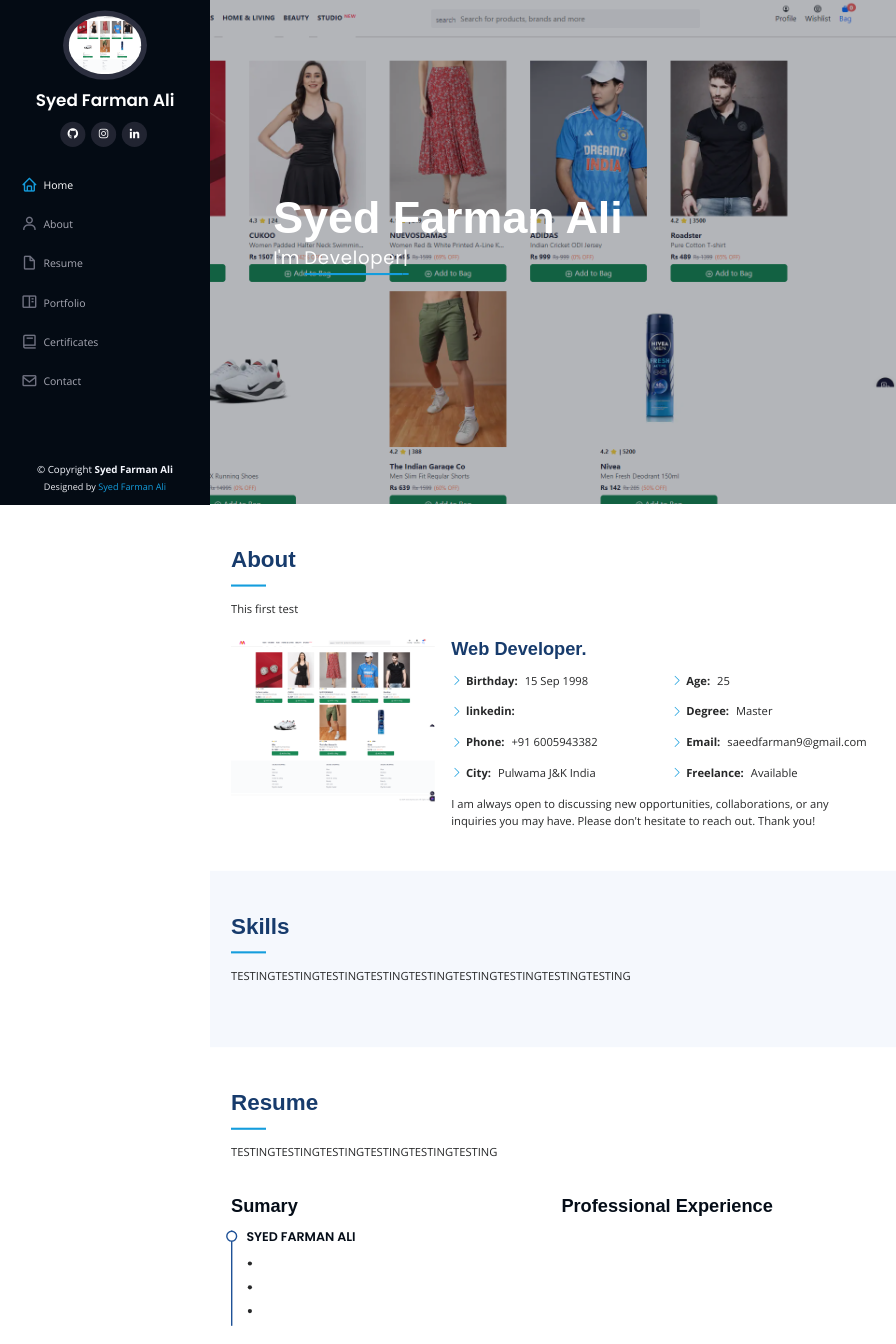
Repository: FARMAN9/portfoilo_django
Page: http://localhost/
An editor plug-in stored every save of this project. The page is shown before and after a run of saves, followed by the edit.
The browser window is 1280 px wide. The pictures show the part of the page from y = 0 to 1920 px (the page is 3536 px tall), at 70% of full size.
Backgrounds fixed to the window are drawn as part of the page. Some web fonts or font styles are not loaded; a fallback is used. The page is served by the project's application, run on Django 4.2 (manage.py). Other server files are loaded and not shown. The page reads the database file committed with the project. Queries for data that is not in the repository find no rows.

Above is the page before, as saved 2024-07-14 17:40:49.

### templates/index.html
{%load static%}
<!DOCTYPE html>
<html lang="en">

<head>
  <meta charset="utf-8">
  <meta content="width=device-width, initial-scale=1.0" name="viewport">

  <title>Syed Farman ali</title>
  <meta content="" name="description">
  <meta content="" name="keywords">

  <!-- Favicons -->
  <link href="{% static 'assets/img/favicon.ico'%}" rel="icon">
  <link href="{% static 'assets/img/apple-touch-icon.png' %}" rel="apple-touch-icon">

  <!-- Google Fonts -->
  <link href="https://fonts.googleapis.com/css?family=Open+Sans:300,300i,400,400i,600,600i,700,700i|Raleway:300,300i,400,400i,500,500i,600,600i,700,700i|Poppins:300,300i,400,400i,500,500i,600,600i,700,700i" rel="stylesheet">

  <!-- Vendor CSS Files -->
  <link href="{% static 'assets/vendor/aos/aos.css' %}" rel="stylesheet">
  <link href="{% static 'assets/vendor/bootstrap/css/bootstrap.min.css'%}" rel="stylesheet">
  <link href="{% static 'assets/vendor/bootstrap-icons/bootstrap-icons.css'%}" rel="stylesheet">
  <link href="{% static 'assets/vendor/boxicons/css/boxicons.min.css'%}" rel="stylesheet">
  <link href="{% static 'assets/vendor/glightbox/css/glightbox.min.css'%}" rel="stylesheet">
  <link href="{% static 'assets/vendor/swiper/swiper-bundle.min.css'%}" rel="stylesheet">

  <!-- Template Main CSS File -->
  <link href="{% static 'assets/css/style.css' %}" rel="stylesheet">

  <!-- =======================================================
  * Template Name: iPortfolio
  * Template URL: https://bootstrapmade.com/iportfolio-bootstrap-portfolio-websites-template/
  * Updated: Mar 17 2024 with Bootstrap v5.3.3
  * Author: BootstrapMade.com
  * License: https://bootstrapmade.com/license/
  ======================================================== -->
</head>

<body>

  <!-- ======= Mobile nav toggle button ======= -->
  <i class="bi bi-list mobile-nav-toggle d-xl-none"></i>

  <!-- ======= Header ======= -->
  <header id="header">
    <div class="d-flex flex-column">

      <div class="profile">
        <img src="{{main.0.profile.url}}" alt="NO IMAGE" class="img-fluid rounded-circle">
        <h1 class="text-light"><a href="/">{{Name}}</a></h1>
        <div class="social-links mt-3 text-center">
          <a href="https://github.com/FARMAN9" class=""><i class="bx bxl-github"></i></a>
          <a href="https://www.instagram.com/syeedfarmanali" class=""><i class="bx bxl-instagram"></i></a>
          <a href="https://www.linkedin.com/in/farman9" class="linkedin"><i class="bx bxl-linkedin"></i></a>
        </div>
      </div>

      <nav id="navbar" class="nav-menu navbar">
        <ul>
          <li><a href="#hero" class="nav-link scrollto active"><i class="bx bx-home"></i> <span>Home</span></a></li>
          <li><a href="#about" class="nav-link scrollto"><i class="bx bx-user"></i> <span>About</span></a></li>
          <li><a href="#resume" class="nav-link scrollto"><i class="bx bx-file-blank"></i> <span>Resume</span></a></li>
          <li><a href="#portfolio" class="nav-link scrollto"><i class="bx bx-book-content"></i> <span>Portfolio</span></a></li>
          <li><a href="#testimonials" class="nav-link scrollto"><i class="bx bx-book"></i> <span>Certificates</span></a></li>
          <li><a href="#contact" class="nav-link scrollto"><i class="bx bx-envelope"></i> <span>Contact</span></a></li>
        </ul>
      </nav><!-- .nav-menu -->
    </div>
  </header><!-- End Header -->

  <!-- ======= Hero Section ======= -->
  <section id="hero" class="d-flex flex-column justify-content-center align-items-center" style="background-image: url('{{main.0.profile.url}}');">
    <div class="hero-container" data-aos="fade-in">
      <h1>{{Name}}</h1>
      <p>I'm <span class="typed" data-typed-items="{{main.0.iam1}},{{main.0.iam2}},{{main.0.iam3}}"></span></p>
    </div>
  </section><!-- End Hero -->

  <main id="main">

    <!-- ======= About Section ======= -->
    <section id="about" class="about">
      <div class="container">

        <div class="section-title">
          <h2>About</h2>
          <p>{{main.0.about}}</p>
        </div>

        <div class="row">
          <div class="col-lg-4" data-aos="fade-right">
            <img src="{{main.0.profile.url}}" class="img-fluid" alt=" NO IMAGE">
          </div>
          <div class="col-lg-8 pt-4 pt-lg-0 content" data-aos="fade-left">
            <h3> Web Developer.</h3>
            <p class="fst-italic">

            </p>
            <div class="row">
              <div class="col-lg-6">
                <ul>
                  <li><i class="bi bi-chevron-right"></i> <strong>Birthday:</strong> <span>15 Sep 1998</span></li>
                  <li><i class="bi bi-chevron-right"></i> <strong>linkedin:</strong> <span>{{link}}</span></li>
                  <li><i class="bi bi-chevron-right"></i> <strong>Phone:</strong> <span>{{Phone}}</span></li>
                  <li><i class="bi bi-chevron-right"></i> <strong>City:</strong> <span>{{address}}</span></li>
                </ul>
              </div>
              <div class="col-lg-6">
                <ul>
                  <li><i class="bi bi-chevron-right"></i> <strong>Age:</strong> <span>{{age}}</span></li>
                  <li><i class="bi bi-chevron-right"></i> <strong>Degree:</strong> <span>Master</span></li>
                  <li><i class="bi bi-chevron-right"></i> <strong>Email:</strong> <span>{{Email}}</span></li>
                  <li><i class="bi bi-chevron-right"></i> <strong>Freelance:</strong> <span>Available</span></li>
                </ul>
              </div>
            </div>
            <p>
              I am always open to discussing new opportunities, collaborations, or any inquiries you may have. Please don't hesitate to reach out. Thank you!
          </div>
        </div>

      </div>
    </section><!-- End About Section -->

    <!-- ======= Facts Section =======
    <section id="facts" class="facts">
      <div class="container">

        <div class="section-title">
          <h2>Facts</h2>
          <p>Magnam dolores commodi suscipit. Necessitatibus eius consequatur ex aliquid fuga eum quidem. Sit sint consectetur velit. Quisquam quos quisquam cupiditate. Et nemo qui impedit suscipit alias ea. Quia fugiat sit in iste officiis commodi quidem hic quas.</p>
        </div>

        <div class="row no-gutters">

          <div class="col-lg-3 col-md-6 d-md-flex align-items-md-stretch" data-aos="fade-up">
            <div class="count-box">
              <i class="bi bi-emoji-smile"></i>
              <span data-purecounter-start="0" data-purecounter-end="232" data-purecounter-duration="1" class="purecounter"></span>
              <p><strong>Happy Clients</strong> consequuntur quae</p>
            </div>
          </div>

          <div class="col-lg-3 col-md-6 d-md-flex align-items-md-stretch" data-aos="fade-up" data-aos-delay="100">
            <div class="count-box">
              <i class="bi bi-journal-richtext"></i>
              <span data-purecounter-start="0" data-purecounter-end="521" data-purecounter-duration="1" class="purecounter"></span>
              <p><strong>Projects</strong> adipisci atque cum quia aut</p>
            </div>
          </div>

          <div class="col-lg-3 col-md-6 d-md-flex align-items-md-stretch" data-aos="fade-up" data-aos-delay="200">
            <div class="count-box">
              <i class="bi bi-headset"></i>
              <span data-purecounter-start="0" data-purecounter-end="1453" data-purecounter-duration="1" class="purecounter"></span>
              <p><strong>Hours Of Support</strong> aut commodi quaerat</p>
            </div>
          </div>

          <div class="col-lg-3 col-md-6 d-md-flex align-items-md-stretch" data-aos="fade-up" data-aos-delay="300">
            <div class="count-box">
              <i class="bi bi-people"></i>
              <span data-purecounter-start="0" data-purecounter-end="32" data-purecounter-duration="1" class="purecounter"></span>
              <p><strong>Hard Workers</strong> rerum asperiores dolor</p>
            </div>
          </div>

        </div>

      </div>
    </section> End Facts Section -->

    <!-- ======= Skills Section ======= -->
    <section id="skills" class="skills section-bg">
      <div class="container">

        <div class="section-title">
          <h2>Skills</h2>
          <p> {{main.0.Skills}} </p>
        </div>

        <div class="row skills-content">

          <div class="col-lg-6" data-aos="fade-up">
            {% for skill in skill_list %}
            <div class="progress">
              <span class="skill">{{skill.name}} <i class="val">{{skill.val}}</i></span>
              <div class="progress-bar-wrap">
                <div class="progress-bar" role="progressbar" aria-valuenow="{{skill.val}}" aria-valuemin="0" aria-valuemax="100"></div>
              </div>
            </div>
            {%endfor%}
            <div class="col-lg-6" data-aos="fade-up" data-aos-delay="100">

          </div>







          </div>

        </div>

      </div>
    </section><!-- End Skills Section -->

    <!-- ======= Resume Section ======= -->
    <section id="resume" class="resume">
      <div class="container">

        <div class="section-title">
          <h2>Resume</h2>
          <p> {{main.0.resume}} </p>
        </div>

        <div class="row">
          <div class="col-lg-6" data-aos="fade-up">
            <h3 class="resume-title">Sumary</h3>
            <div class="resume-item pb-0">
              <h4>{{Name}}</h4>

              <p><em>{{sumary.0.summery}}</em></p>
              <ul>
                <li>{{sumary.0.address}}</li>
                <li>{{sumary.0.phone}}</li>
                <li>{{sumary.0.email}}</li>
              </ul>
            </div>

            <h3 class="resume-title">Education</h3>
            {%for data in eductions %}
            <div class="resume-item">
              <h4>{{data.name}}</h4>
              <h5>{{data.frm}}-{{data.to}}</h5>
              <p><em>{{data.address}}</em></p>
              <p>{{data.about}}</p>
            </div>
            {%endfor%}
          </div>
          <div class="col-lg-6" data-aos="fade-up" data-aos-delay="100">
            <h3 class="resume-title">Professional Experience</h3>
            {%for data in Professionals %}
            <div class="resume-item">
              <h4>{{data.name}}</h4>
              <h5>{{data.frm}}-{{data.to}}</h5>
              <p><em>{{data.address}}</em></p>
              <ul>
                <li>{{data.p1}}</li>
                <li>{{data.p2}}</li>
                <li>{{data.p3}}</li>
                <li>{{data.p4}}</li>

              </ul>
            </div>
            {%endfor%}

          </div>
        </div>

      </div>
    </section><!-- End Resume Section -->

    <!-- ======= Portfolio Section ======= -->
    <section id="portfolio" class="portfolio section-bg">
      <div class="container">

        <div class="section-title">
          <h2>Portfolio</h2>
          <p> {{main.0.portfilo}}</p>

        <div class="row" data-aos="fade-up">
          <div class="col-lg-12 d-flex justify-content-center">
            <ul id="portfolio-flters">
              <li data-filter="*" class="filter-active">All</li>
              <!--<li data-filter=".filter-app">App</li>
              <li data-filter=".filter-card">Card</li>
              <li data-filter=".filter-web">Web</li>-->
            </ul>
          </div>
        </div>

        <div class="row portfolio-container" data-aos="fade-up" data-aos-delay="100">


          {% for portfolio in portfolio_list %}

          <div class="col-lg-4 col-md-6 portfolio-item filter-web">
            <div class="portfolio-wrap">
              <div class="portfolio-name-overlay bg-black text-white">{{ portfolio.name }}</div>
              <img src="{{ portfolio.image1.url }}" class="img-fluid"  title={{portfolio.name}}  alt="NO IMAGE">

              <div class="portfolio-links">
                <a href="{{ portfolio.image1.url}}"  data-gallery="portfolioGallery" class="portfolio-lightbox" title={{portfolio.name}}><i class="bx bx-plus"></i></a>
                <a href="{%url 'project' id=portfolio.id %}" title="More Details"><i class="bx bx-link"></i></a>
              </div>
            </div>
          </div>
       {%endfor%}
        </div>

      </div>
    </section><!-- End Portfolio Section -->

    <!-- ======= Services Section
    <section id="services" class="services">
      <div class="container">

        <div class="section-title">
          <h2>Services</h2>
          <p>Magnam dolores commodi suscipit. Necessitatibus eius consequatur ex aliquid fuga eum quidem. Sit sint consectetur velit. Quisquam quos quisquam cupiditate. Et nemo qui impedit suscipit alias ea. Quia fugiat sit in iste officiis commodi quidem hic quas.</p>
        </div>

        <div class="row">
          <div class="col-lg-4 col-md-6 icon-box" data-aos="fade-up">
            <div class="icon"><i class="bi bi-briefcase"></i></div>
            <h4 class="title"><a href="">Lorem Ipsum</a></h4>
            <p class="description">Voluptatum deleniti atque corrupti quos dolores et quas molestias excepturi sint occaecati cupiditate non provident</p>
          </div>
          <div class="col-lg-4 col-md-6 icon-box" data-aos="fade-up" data-aos-delay="100">
            <div class="icon"><i class="bi bi-card-checklist"></i></div>
            <h4 class="title"><a href="">Dolor Sitema</a></h4>
            <p class="description">Minim veniam, quis nostrud exercitation ullamco laboris nisi ut aliquip ex ea commodo consequat tarad limino ata</p>
          </div>
          <div class="col-lg-4 col-md-6 icon-box" data-aos="fade-up" data-aos-delay="200">
            <div class="icon"><i class="bi bi-bar-chart"></i></div>
            <h4 class="title"><a href="">Sed ut perspiciatis</a></h4>
            <p class="description">Duis aute irure dolor in reprehenderit in voluptate velit esse cillum dolore eu fugiat nulla pariatur</p>
          </div>
          <div class="col-lg-4 col-md-6 icon-box" data-aos="fade-up" data-aos-delay="300">
            <div class="icon"><i class="bi bi-binoculars"></i></div>
            <h4 class="title"><a href="">Magni Dolores</a></h4>
            <p class="description">Excepteur sint occaecat cupidatat non proident, sunt in culpa qui officia deserunt mollit anim id est laborum</p>
          </div>
          <div class="col-lg-4 col-md-6 icon-box" data-aos="fade-up" data-aos-delay="400">
            <div class="icon"><i class="bi bi-brightness-high"></i></div>
            <h4 class="title"><a href="">Nemo Enim</a></h4>
            <p class="description">At vero eos et accusamus et iusto odio dignissimos ducimus qui blanditiis praesentium voluptatum deleniti atque</p>
          </div>
          <div class="col-lg-4 col-md-6 icon-box" data-aos="fade-up" data-aos-delay="500">
            <div class="icon"><i class="bi bi-calendar4-week"></i></div>
            <h4 class="title"><a href="">Eiusmod Tempor</a></h4>
            <p class="description">Et harum quidem rerum facilis est et expedita distinctio. Nam libero tempore, cum soluta nobis est eligendi</p>
          </div>
        </div>

      </div>
    </section> End Services Section -->

    <!-- ======= Testimonials Section ======= -->
    <section id="testimonials" class="testimonials section-bg">
      <div class="container">

        <div class="section-title">
          <h2>Certificates</h2>
          <p>{{main.0.certificates}}</p>
        </div>

        <div class="testimonials-slider swiper" data-aos="fade-up" data-aos-delay="100">
          <div class="swiper-wrapper">







            {% for cert in certificates_list %}
            <div class="swiper-slide">
              <div class="testimonial-item" data-aos="fade-up" data-aos-delay="400">
                <p>
                  <i class="bx bxs-quote-alt-left quote-icon-left"></i>
                  <img src=" {{ cert.image1.url}}" class="img-fluid"  title={{cert.name}}  data-gallery="portfolioGallery"  alt="NO IMAGE">
                  <a href="{{ cert.image1.url}}" class="portfolio-lightbox" title={{cert.name}}><i class="bx bx-plus"></i></a>
                  <i class="bx bxs-quote-alt-right quote-icon-right"></i>
                </p>
                <h3>{{cert.name}} </h3>
                <h4> <a href="{{cert.link}}"><i class="bx bx-plus"></i>More information</a></h4>

              </div>
            </div>
            {%endfor%}










      </div>
    </section>

    <!-- ======= Contact Section ======= -->
    <section id="contact" class="contact">
      <div class="container">

        <div class="section-title">
          <h2>Contact</h2>
          <p>{{main.0.cantact}}</p>
        </div>

        <div class="row" data-aos="fade-in">

          <div class="col-lg-5 d-flex align-items-stretch">
            <div class="info">
              <div class="address">
                <i class="bi bi-geo-alt"></i>
                <h4>Location:</h4>
                <p>{{address}}</p>
              </div>

              <div class="email">
                <i class="bi bi-envelope"></i>
                <h4>Email:</h4>
                <p>{{Email}}</p>
              </div>

              <div class="phone">
                <i class="bi bi-phone"></i>
                <h4>Call:</h4>
                <p>{{Phone}}</p>
              </div>

              <iframe src="https://www.google.com/maps/d/embed?mid=1sW_b4WEj47sxG9OKrfDcnuMBdBUipMA&ehbc=2E312F&noprof=1" frameborder="0" style="border:0; width: 100%; height: 290px;" allowfullscreen></iframe>
            </div>

          </div>

          <div class="col-lg-7 mt-5 mt-lg-0 d-flex align-items-stretch">
            <form action="#"  method="post" role="form" class="php-email-form">
              <div class="row">
                 {% csrf_token %}
                <div class="form-group col-md-6">
                  <label for="name">Your Name</label>
                  <input type="text" name="name" class="form-control" id="name" required>
                </div>
                <div class="form-group col-md-6">
                  <label for="name">Your Email</label>
                  <input type="email" class="form-control" name="email" id="email" required>
                </div>
              </div>
              <div class="form-group">
                <label for="name">Subject</label>
                <input type="text" class="form-control" name="subject" id="subject" required>
              </div>
              <div class="form-group">
                <label for="name">Message</label>

                <textarea class="form-control" name="message" rows="10" required></textarea>

              </div>
              <div class="my-3">
                <div class="loading">Loading</div>
                <div class="error-message"></div>
                <div class="sent-message">Your message has been sent. Thank you!</div>
              </div>

              <div class="text-center"><button type="submit">Send Message</button></div>

              {% if messages %}

              {%endif%}

            </form>


          </div>

        </div>

      </div>
    </section><!-- End Contact Section -->

  </main><!-- End #main -->

  <!-- ======= Footer ======= -->
  <footer id="footer">
    <div class="container">
      <div class="copyright">
        &copy; Copyright <strong><span>Syed Farman Ali</span></strong>
      </div>
      <div class="credits">
        <!-- All the links in the footer should remain intact. -->
        <!-- You can delete the links only if you purchased the pro version. -->
        <!-- Licensing information: https://bootstrapmade.com/license/ -->
        <!-- Purchase the pro version with working PHP/AJAX contact form: https://bootstrapmade.com/iportfolio-bootstrap-portfolio-websites-template/ -->
        Designed by <a href="#">Syed Farman Ali</a>
      </div>
    </div>
  </footer><!-- End  Footer -->

  <a href="#" class="back-to-top d-flex align-items-center justify-content-center"><i class="bi bi-arrow-up-short"></i></a>

  <!-- Vendor JS Files -->


  <script src="{% static 'assets/vendor/purecounter/purecounter_vanilla.js' %}"></script>
  <script src="{% static 'assets/vendor/aos/aos.js' %}"></script>
  <script src="{% static 'assets/vendor/bootstrap/js/bootstrap.bundle.min.js' %}"></script>
  <script src="{% static 'assets/vendor/glightbox/js/glightbox.min.js' %}"></script>
  <script src="{% static 'assets/vendor/isotope-layout/isotope.pkgd.min.js' %}"></script>
  <script src="{% static 'assets/vendor/swiper/swiper-bundle.min.js' %}"></script>
  <script src="{% static 'assets/vendor/typed.js/typed.umd.js' %}"></script>
  <script src="{% static 'assets/vendor/waypoints/noframework.waypoints.js'%}"></script>
  <script src="{% static 'assets/vendor/php-email-form/validate.js' %}"></script>
  <script>
    const toastTriggers = document.querySelectorAll('.toast')
    toastTriggers.forEach(trigger => {
        const toastInstance = new bootstrap.Toast(trigger)
        toastInstance.show()
    })
</script>

  <!-- Template Main JS File -->
  <script src="{% static 'assets/js/main.js' %}"></script>




</body>

</html>

### main/forms.py
from django import forms
from main.models import Contact


class ContactForm(forms.ModelForm):
    class Meta:
        model = Contact
        fields = ['name', 'email', 'subject', 'message']

### db.sqlite3 (the tables this page reads, as SQL)
CREATE TABLE "main_mainx" ("id" integer NOT NULL PRIMARY KEY AUTOINCREMENT, "about" varchar(100) NULL, "cantact" varchar(100) NULL, "portfilo" varchar(100) NULL, "resume" varchar(100) NULL, "Skills" varchar(100) NULL, "certificates" varchar(100) NULL, "profile" varchar(100) NOT NULL, "background" varchar(100) NOT NULL, "iam1" varchar(100) NULL, "iam2" varchar(100) NULL, "iam3" varchar(100) NULL, "iam4" varchar(100) NULL);
INSERT INTO "main_mainx" VALUES
(1, 'This first test', 'TESTINGTESTINGTESTINGTESTING', 'TESTINGTESTINGTESTINGTESTINGTESTINGTESTINGTESTING', 'TESTINGTESTINGTESTINGTESTINGTESTINGTESTING', 'TESTINGTESTINGTESTINGTESTINGTESTINGTESTINGTESTINGTESTINGTESTING', 'TESTINGTESTINGTESTINGTESTINGTESTINGTESTINGTESTINGTESTINGTESTINGTESTINGTESTINGTESTING', 'images/image1.png', 'images/hero-bg.jpg', 'Developer', 'Developer', 'Developer', 'Developer');

Loaded but not shown: static/assets/js/main.js (353 lines, source omitted); static/assets/css/style.css (1135 lines, source omitted); main/views.py (113 lines, source omitted); main/models.py (98 lines, source omitted); portfilo/urls.py (26 lines, source omitted); main/urls.py (16 lines, source omitted)

After the next 2 saves:
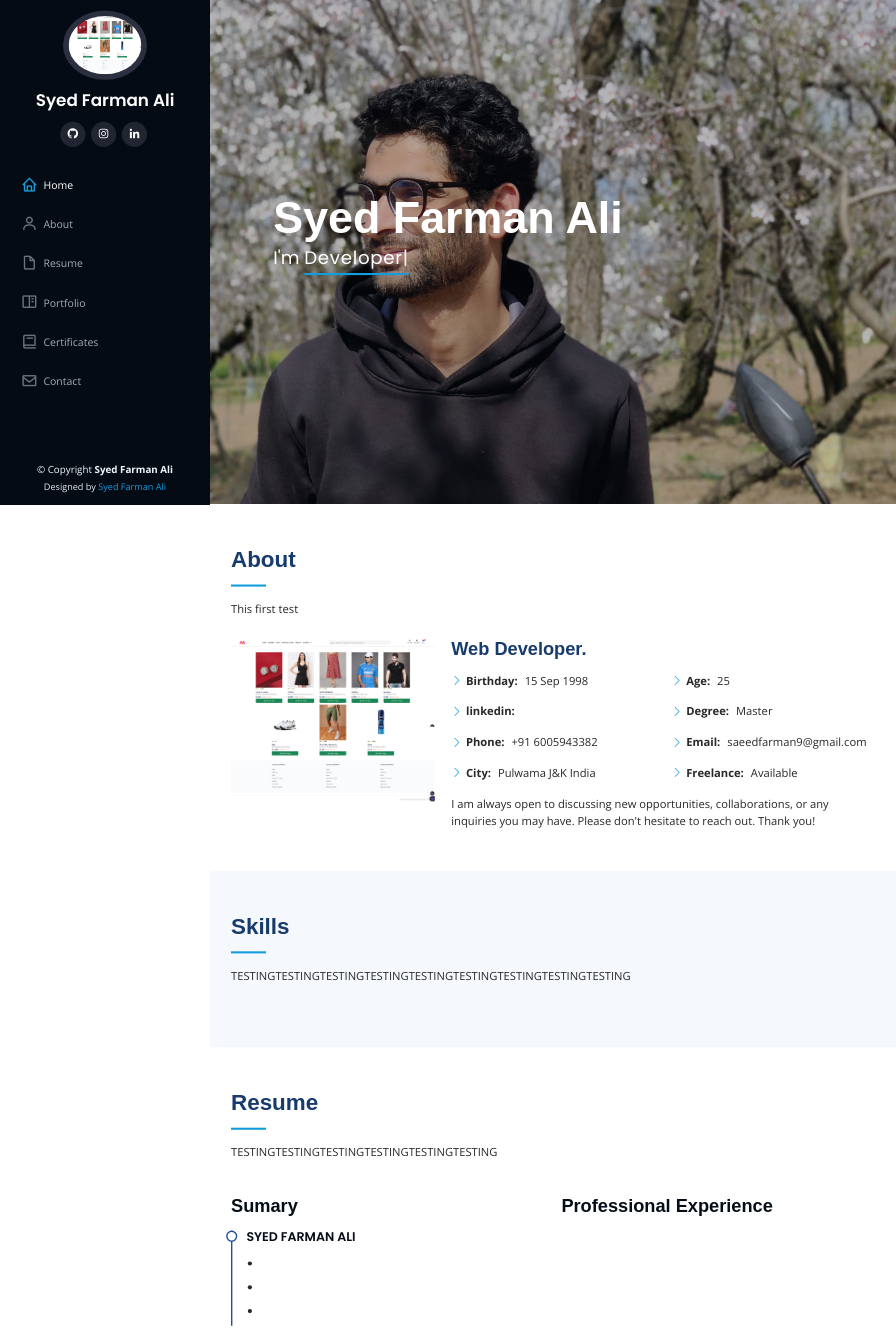
The 2 saves are shown as one change because they came seconds apart.
The last was saved 5 min 26 s later.
--- a/templates/index.html
+++ b/templates/index.html
@@ -70,7 +70,7 @@
   </header><!-- End Header -->
 
   <!-- ======= Hero Section ======= -->
-  <section id="hero" class="d-flex flex-column justify-content-center align-items-center" style="background-image: url('{{main.0.profile.url}}');">
+  <section id="hero" class="d-flex flex-column justify-content-center align-items-center" style="background-image: url('{{main.0.background.url}}');">
     <div class="hero-container" data-aos="fade-in">
       <h1>{{Name}}</h1>
       <p>I'm <span class="typed" data-typed-items="{{main.0.iam1}},{{main.0.iam2}},{{main.0.iam3}}"></span></p>
